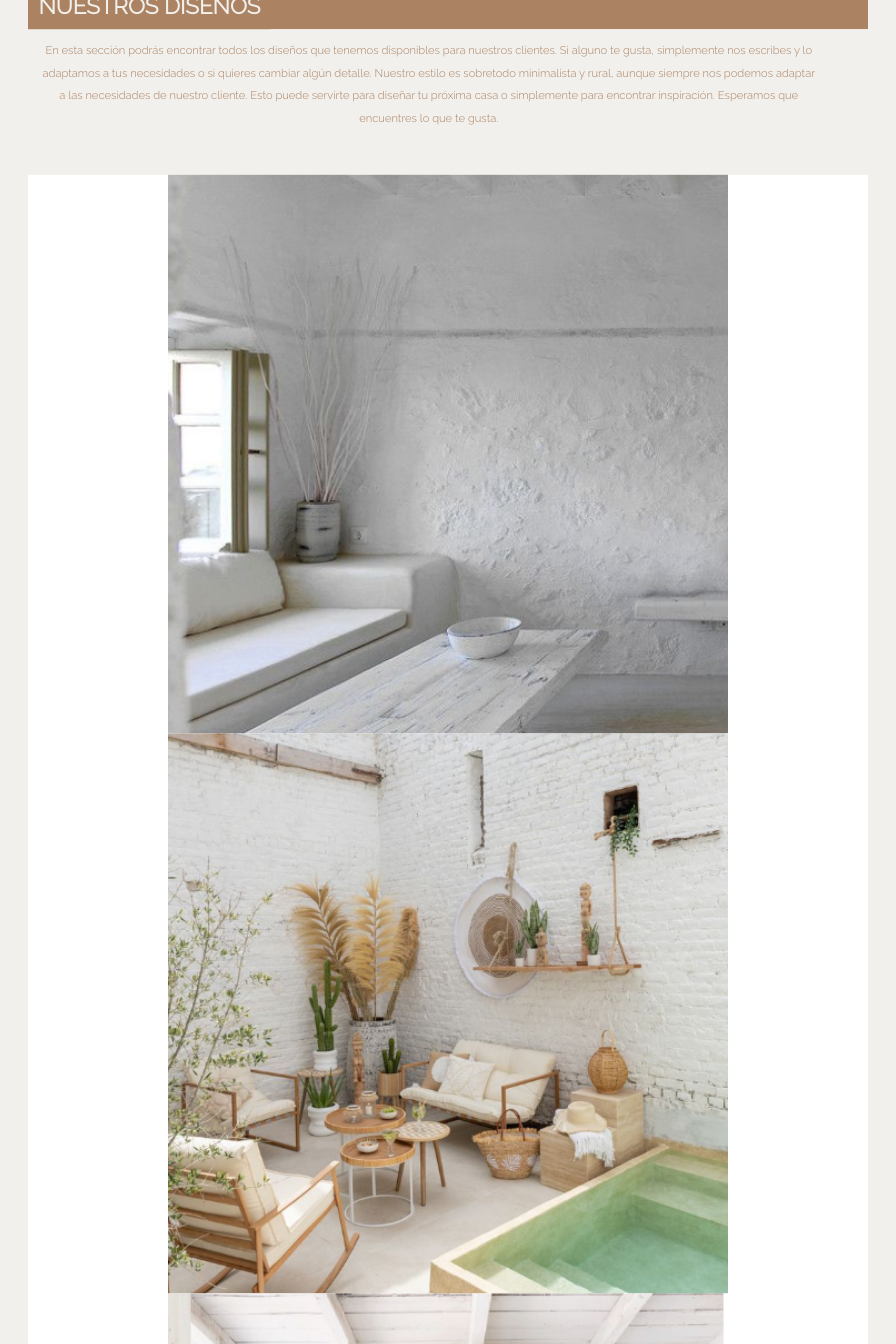
Repository: judiith-mf/dise-oInterior
Page: disenos.html
The author's editor kept a record of every edit. The page is drawn from the files as they stood at one moment, then again after the next edit.
The browser window is 1280 px wide. The pictures show the part of the page from y = 414 to 2334 px (the page is 7870 px tall before and 3226 px after), at 70% of full size.

Above is the page before.
Console error: TypeError: Cannot set properties of null (setting 'onclick')

After the next edit:
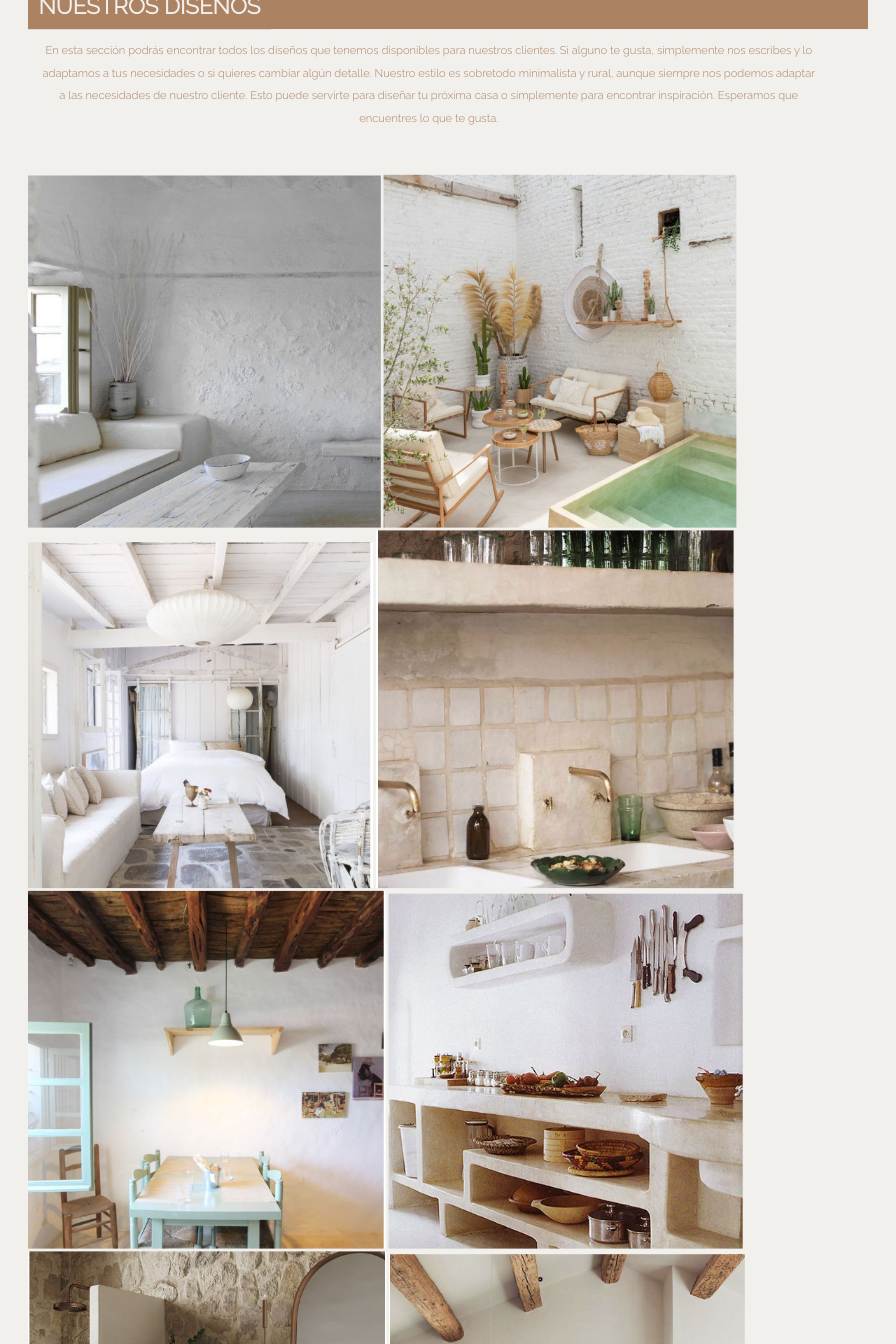
The edit:
--- a/disenos.html
+++ b/disenos.html
@@ -55,7 +55,7 @@
 
                 </div>
 
-                <div class="img">
+                <div class="img_diseng">
                         <img src="imagenes/diseños/Captura.PNG"></img>
                         <img src="imagenes/diseños/1Captura.PNG"></img>
                         <img src="imagenes/diseños/2Captura.PNG"></img>
